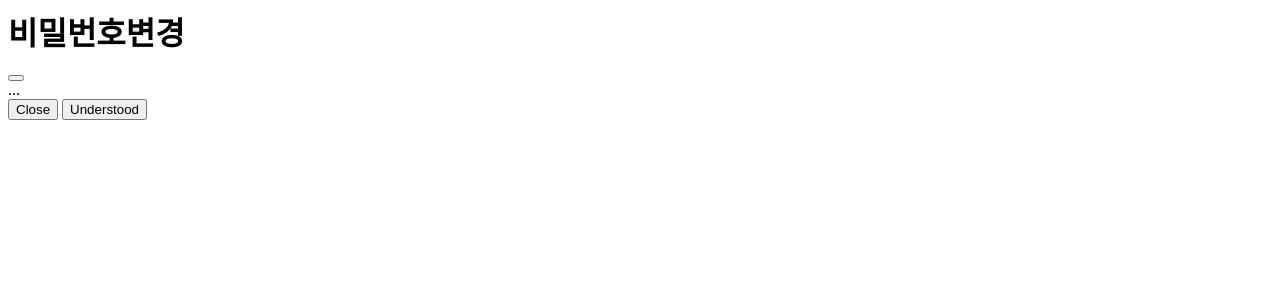
Repository: beirimo/jsp
Page: http://localhost/ex02_jsp_master_/user/modal_info.jsp
The author's editor kept a copy of each file at every save. The page is drawn from the files as they stood at one save, then again after the next save.
The browser window is 1280 px wide. The pictures show the whole page.
The page is served by Tomcat 9.

Above is the page before, as saved 2024-04-30 06:58:39.

After the next save:
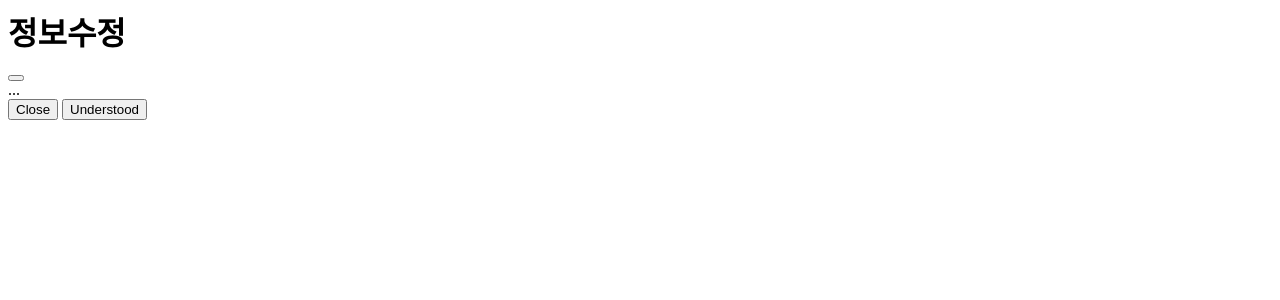
Saved 31 s later.
--- a/ex02[jsp master]/src/main/webapp/user/modal_info.jsp
+++ b/ex02[jsp master]/src/main/webapp/user/modal_info.jsp
@@ -1,16 +1,16 @@
 <%@ page language="java" contentType="text/html; charset=UTF-8"
     pageEncoding="UTF-8"%>
 <style>
-	#modalPass{
+	#modalInfo{
 		top:30%;
 	}
 </style>
 <!-- Modal -->
-<div class="modal fade" id="modalPass" data-bs-backdrop="static" data-bs-keyboard="false" tabindex="-1" aria-labelledby="staticBackdropLabel" aria-hidden="true">
+<div class="modal fade" id="modalInfo" data-bs-backdrop="static" data-bs-keyboard="false" tabindex="-1" aria-labelledby="staticBackdropLabel" aria-hidden="true">
   <div class="modal-dialog">
     <div class="modal-content">
       <div class="modal-header">
-        <h1 class="modal-title fs-5" id="staticBackdropLabel">비밀번호변경</h1>
+        <h1 class="modal-title fs-5" id="staticBackdropLabel">정보수정</h1>
         <button type="button" class="btn-close" data-bs-dismiss="modal" aria-label="Close"></button>
       </div>
       <div class="modal-body">
